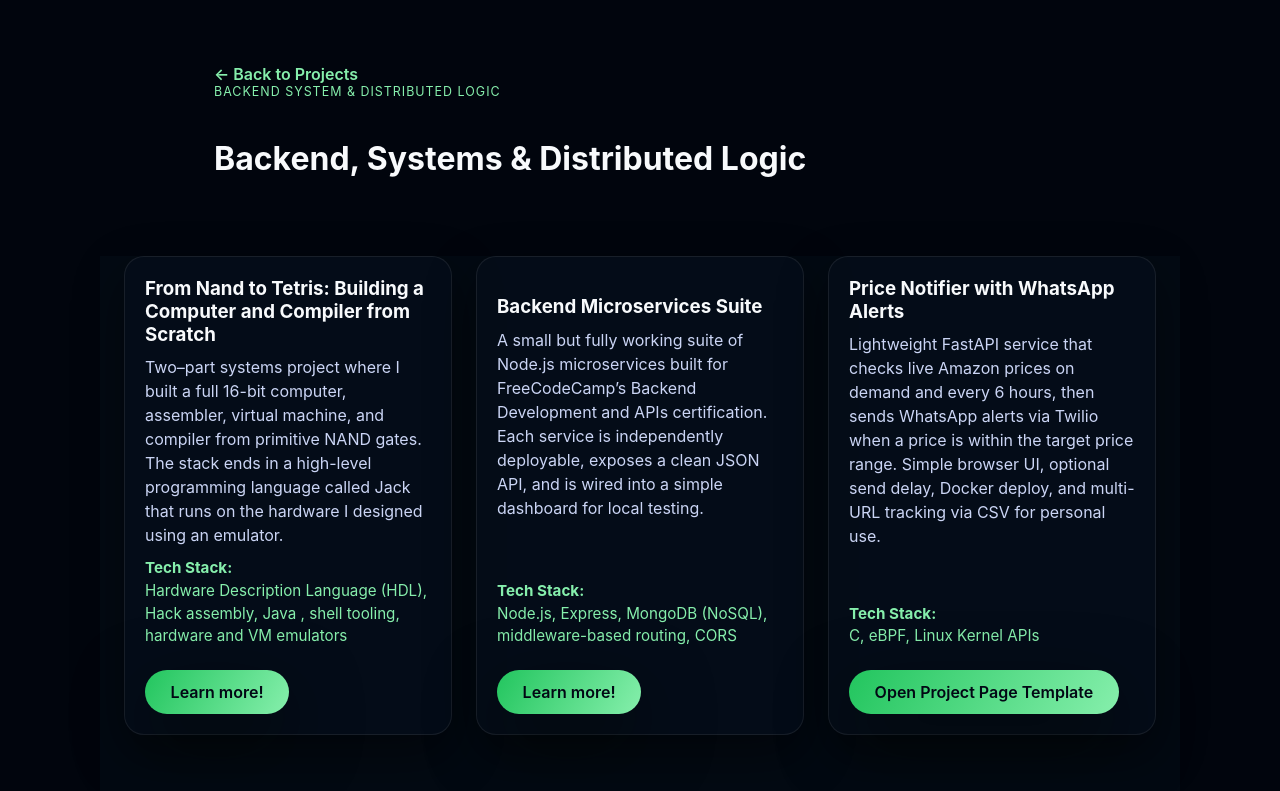
Repository: Abdulaziz-04/Abdulaziz-04.github.io
Page: projects/backend_systems.html
These files come from the project's save history. The page is drawn as it stood at one moment and after the next save; the edit follows.
The browser window is 1280 px wide. The pictures show the whole page.

Above is the page before, as saved 2025-11-21 15:24:36.

### projects/backend_systems.html
<!DOCTYPE html>
<html lang="en">
  <head>
    <meta charset="UTF-8" />
    <meta name="viewport" content="width=device-width, initial-scale=1" />
    <title>Backend, Systems &amp; Distributed Logic | Projects</title>
    <link rel="stylesheet" href="../assets/css/styles.css" />
  </head>
  <body class="category-page">
    <header class="category-hero">
      <a class="category-back" href="../index.html#projects"
        >&larr; Back to Projects</a
      >
      <a class="category-pill" href="../index.html#projects"
        >Backend System &amp; Distributed Logic</a
      >
      <br />
      <h1>Backend, Systems &amp; Distributed Logic</h1>
    </header>
    <main class="section category-section">
      <div class="project-modal-grid">
        <article class="project-modal-card">
          <div class="project-modal__body">
            <h3>
              From Nand to Tetris: Building a Computer and Compiler from Scratch
            </h3>
            <p class="project-modal__summary">
              Two–part systems project where I built a full 16-bit computer,
              assembler, virtual machine, and compiler from primitive NAND
              gates. The stack ends in a high-level programming language called
              Jack that runs on the hardware I designed using an emulator.
            </p>
            <p class="project-modal__tech">
              <strong>Tech Stack:</strong>
              Hardware Description Language (HDL), Hack assembly, Java , shell
              tooling, hardware and VM emulators
            </p>
            <div class="project-modal__actions">
              <a
                class="btn primary"
                href="../deepdives/backend_systems/nand2tetris/nand2tetris.html"
                >Learn more!</a
              >
            </div>
          </div>
        </article>

        <article class="project-modal-card">
          <div class="project-modal__body">
            <h3>Backend Microservices Suite</h3>
            <p class="project-modal__summary">
              A small but fully working suite of Node.js microservices built for
              FreeCodeCamp’s Backend Development and APIs certification. Each
              service is independently deployable, exposes a clean JSON API, and
              is wired into a simple dashboard for local testing.
            </p>
            <p class="project-modal__tech">
              <strong>Tech Stack:</strong>
              Node.js, Express, MongoDB (NoSQL), middleware-based routing, CORS
            </p>
            <div class="project-modal__actions">
              <a
                class="btn primary"
                href="../deepdives/backend_systems/microservices/microservices.html"
                >Learn more!</a
              >
            </div>
          </div>
        </article>

        <article class="project-modal-card">
          <div class="project-modal__body">
            <h3>Price Notifier with WhatsApp Alerts</h3>
            <p class="project-modal__summary">
              Lightweight FastAPI service that checks live Amazon prices on
              demand and every 6 hours, then sends WhatsApp alerts via Twilio
              when a price is within the target price range. Simple browser UI,
              optional send delay, Docker deploy, and multi-URL tracking via CSV
              for personal use.
            </p>
            <p class="project-modal__tech">
              <strong>Tech Stack:</strong> C, eBPF, Linux Kernel APIs
            </p>
            <div class="project-modal__actions">
              <a class="btn primary" href="project-template.html"
                >Open Project Page Template</a
              >
            </div>
          </div>
        </article>
      </div>
    </main>
  </body>
</html>

### assets/css/styles.css
:root {
  --bg: #030a13;
  --bg-alt: #050f1f;
  --panel: #071425;
  --panel-soft: rgba(34, 197, 94, 0.08);
  --accent: #22c55e;
  --accent-strong: #86efac;
  --text: #f8fafc;
  --muted: #cbd5f5;
  --border: rgba(255, 255, 255, 0.08);
  --radius: 18px;
  --shadow: 0 25px 70px rgba(1, 8, 4, 0.55);
}

* {
  box-sizing: border-box;
}

body {
  margin: 0;
  min-height: 100vh;
  font-family: "Inter", "Segoe UI", system-ui, -apple-system, BlinkMacSystemFont,
    sans-serif;
  color: var(--text);
  background: radial-gradient(circle at 15% 35%, rgba(34, 197, 94, 0.15), transparent 45%),
    radial-gradient(circle at 80% 0%, rgba(134, 239, 172, 0.2), transparent 35%),
    #020718;
  scroll-behavior: smooth;
  padding-top: 0;
}

.modal-open {
  overflow: hidden;
}

main {
  background: var(--bg);
}

.section {
  max-width: 1080px;
  margin: 0 auto;
  padding: 3.5rem 1.5rem;
}

.site-header {
  margin: 0;
  padding: clamp(4rem, 12vw, 6rem) clamp(1.5rem, 6vw, 4rem) 3.5rem;
  background: linear-gradient(135deg, rgba(5, 18, 12, 0.9), rgba(3, 10, 19, 0.85)),
    radial-gradient(circle at top left, rgba(34, 197, 94, 0.25), transparent 55%);
  box-shadow: inset 0 1px 0 rgba(255, 255, 255, 0.05);
  min-height: 85vh;
  display: flex;
  align-items: center;
}

.hero-header {
  margin-top: 0;
  padding-top: clamp(4.5rem, 12vw, 7rem);
}

.top-nav {
  position: fixed;
  top: 0;
  left: 0;
  width: 100%;
  padding: 0.75rem clamp(1.25rem, 6vw, 4rem);
  background: rgba(4, 9, 20, 0.95);
  border-bottom: 1px solid rgba(255, 255, 255, 0.05);
  backdrop-filter: blur(14px);
  display: flex;
  align-items: center;
  justify-content: space-between;
  gap: 1rem;
  z-index: 50;
}

.top-nav__brand {
  font-size: 0.85rem;
  letter-spacing: 0.3em;
  text-transform: uppercase;
  color: var(--muted);
}

.top-nav__links {
  display: flex;
  align-items: center;
  gap: 0.9rem;
  flex-wrap: wrap;
}

.nav-link {
  text-decoration: none;
  color: var(--muted);
  font-weight: 600;
  letter-spacing: 0.08em;
  text-transform: uppercase;
  padding: 0.4rem 0.85rem;
  border-radius: 999px;
  transition: color 0.2s ease, background 0.2s ease;
}

.nav-link:hover {
  color: var(--text);
}

.nav-link.active {
  background: var(--accent);
  color: #03140c;
}

.hire-btn {
  cursor: pointer;
  background: var(--accent);
  color: black;
  padding: 0.95rem 2.4rem;
  font-size: 1.1rem;
  font-weight: 700;
  border: none;
  border-radius: 999px;
  box-shadow: 0 12px 28px rgba(34, 197, 94, 0.35);
}

.hero-grid {
  display: grid;
  grid-template-columns: minmax(0, 1.4fr) minmax(220px, 320px);
  gap: clamp(2rem, 4vw, 3.5rem);
  width: 100%;
  align-items: start;
}

.hero-text h1 {
  font-size: clamp(2.5rem, 5vw, 3.8rem);
  margin: 0.2rem 0 0.8rem;
}

.hero-lede {
  color: var(--muted);
  font-size: 1.05rem;
  max-width: 560px;
  line-height: 1.6;
}

.eyebrow {
  text-transform: uppercase;
  color: var(--accent-strong);
}

.hero-summary {
  margin: 1.5rem 0 1.75rem;
  color: var(--muted);
}

.summary-list {
  font-size: large;
  margin: 0;
  padding-left: 1.5rem;
}

.summary-list li {
  margin-bottom: 0.55rem;
  line-height: 1.5;
}

.hero-actions {
  display: flex;
  flex-wrap: wrap;
  gap: 1rem;
  width: 100%;
}

.hero-actions .hire-btn {
  padding: 1.1rem 2.8rem;
  font-size: 1.2rem;
}

.btn {
  display: inline-flex;
  align-items: center;
  justify-content: center;
  gap: 0.4rem;
  padding: 0.75rem 1.6rem;
  border-radius: 999px;
  text-decoration: none;
  font-weight: 600;
  transition: transform 0.2s ease, box-shadow 0.2s ease;
}

.btn.primary {
  background: linear-gradient(120deg, var(--accent), var(--accent-strong));
  color: #020714;
  box-shadow: var(--shadow);
}

.btn.secondary {
  border: 1px solid var(--accent);
  color: var(--accent-strong);
}

.btn:hover {
  transform: translateY(-2px);
}

.hero-photo {
  justify-self: center;
}

.hero-photo img {
  width: clamp(220px, 18vw, 280px);
  border-radius: 28px;
  border: 1px solid rgba(134, 239, 172, 0.2);
  box-shadow: 0 20px 60px rgba(0, 0, 0, 0.6);
  filter: saturate(1.05);
}

.section h2 {
  margin-top: 0;
  font-size: 2rem;
}

.experience-grid {
  display: grid;
  grid-template-columns: repeat(auto-fit, minmax(300px, 1fr));
  gap: 1.75rem;
}

.experience-title {
  display: flex;
  justify-content: space-between;
  align-items: center;
  gap: 1rem;
  font-size: 1.2rem;
}

.experience-title .role {
  color: var(--text); /* default text color */
  font-weight: 600;
}

.experience-title .org {
  color:#6DF9C9;
  white-space: nowrap;
}

.experience-card,
.project-card {
  background: linear-gradient(145deg, var(--panel), rgba(6, 14, 18, 0.9));
  border-radius: var(--radius);
  border: 1px solid var(--border);
  padding: 1.75rem;
  box-shadow: var(--shadow);
}

.timeline {
  border-left: 2px solid var(--border);
  margin-top: 1.25rem;
}

.timeline-item {
  padding-left: 1.75rem;
  margin-bottom: 1.75rem;
  position: relative;
}

.timeline-header {
  display: flex;
  justify-content: space-between;
  align-items: baseline;
  gap: 1rem;
}

.timeline-header h3 {
  margin: 0;
}

.education-title {
  display: flex;
  justify-content: space-between;
  gap: 0.75rem;
  align-items: baseline;
  flex-wrap: wrap;
}

.edu-gpa {
  color: var(--accent-strong);
  white-space: nowrap;
  font-size: 0.95rem;
}





.hire-modal {
  position: fixed;
  inset: 0;
  background: rgba(5, 9, 18, 0.8);
  display: flex;
  justify-content: center;
  align-items: center;
  z-index: 100;
}

.hire-modal[hidden] {
  display: none;
}

.hire-modal__panel {
  background: #050b16;
  border: 1px solid rgba(255, 255, 255, 0.08);
  border-radius: 22px;
  padding: 1.75rem;
  width: min(90%, 420px);
  box-shadow: 0 30px 80px rgba(0, 0, 0, 0.55);
  position: relative;
  color: var(--text);
}

.hire-modal__panel p {
  color: var(--muted);
}

.hire-modal__close {
  position: absolute;
  top: 0.5rem;
  right: 0.75rem;
  background: var(--accent);
  color: #02120b;
  border: none;
  font-size: 1.35rem;
  font-weight: 700;
  cursor: pointer;
  width: 2.25rem;
  height: 2.25rem;
  border-radius: 999px;
  display: inline-flex;
  align-items: center;
  justify-content: center;
  line-height: 1;
}

.hire-options {
  display: flex;
  flex-direction: column;
  gap: 0.75rem;
  margin-top: 1rem;
}

.hire-option {
  display: flex;
  justify-content: space-between;
  align-items: center;
  padding: 0.85rem 1rem;
  border-radius: 1rem;
  text-decoration: none;
  color: var(--text);
  border: 1px solid rgba(255, 255, 255, 0.08);
  background: rgba(255, 255, 255, 0.02);
  transition: background 0.2s ease, transform 0.2s ease;
}

.hire-option:hover {
  background: rgba(34, 197, 94, 0.18);
  transform: translateY(-2px);
}

.hire-option small {
  color: var(--muted);
  letter-spacing: 0.04em;
}

.hire-modal__action {
  margin-top: 1.5rem;
  width: 100%;
  text-align: center;
}

.timeline-item::before {
  content: "";
  width: 11px;
  height: 11px;
  border-radius: 999px;
  background: var(--accent);
  box-shadow: 0 0 16px rgba(34, 197, 94, 0.8);
  position: absolute;
  left: -6px;
  top: 4px;
}

.timeline-date {
  font-size: 0.85rem;
  letter-spacing: 0.1em;
  text-transform: uppercase;
  color: var(--muted);
}

.course-dropdown {
  margin-top: 1.5rem;
}

.course-toggle {
  width: 100%;
  background: transparent;
  border: 1px solid rgba(255, 255, 255, 0.08);
  border-radius: var(--radius);
  padding: 0.75rem 1.1rem;
  color: var(--text);
  font: inherit;
  font-weight: 600;
  letter-spacing: 0.04em;
  display: flex;
  justify-content: space-between;
  align-items: center;
  cursor: pointer;
  transition: border-color 0.2s ease, transform 0.2s ease, box-shadow 0.2s ease;
}

.course-toggle:hover {
  border-color: rgba(134, 239, 172, 0.7);
  box-shadow: 0 0 20px rgba(34, 197, 94, 0.25);
  transform: translateY(-1px);
}

.course-toggle__icon {
  font-size: 1.1rem;
  line-height: 1;
  transition: transform 0.25s ease;
}

.course-toggle[aria-expanded='true'] .course-toggle__icon {
  transform: rotate(45deg);
}

.course-panel {
  margin-top: 1rem;
  border-left: 2px solid rgba(134, 239, 172, 0.3);
  padding-left: 1.25rem;
}

.course-panel[hidden] {
  display: none;
}

.course-panel__body h4 {
  margin-top: 1rem;
  margin-bottom: 0.5rem;
}

.certifications-list {
  display: grid;
  gap: 1rem;
  margin-top: 1rem;
}

#certifications {
  scroll-margin-top: 140px;
}

.cert-list {
  list-style: none;
  padding: 0;
  margin: 0;
  display: flex;
  flex-direction: column;
  gap: 0.75rem;
}

.cert-title {
  font-weight: 700;
}

.cert-meta {
  font-size: 0.95rem;
  color: var(--muted);
}

.loading-text,
.loading-error {
  color: var(--muted);
  font-style: italic;
}

.loading-error {
  color: #fda4af;
}

.project-card--featured {
  display: flex;
  flex-wrap: wrap;
  gap: 1.5rem;
}

.project-media img {
  max-width: 280px;
  border-radius: var(--radius);
  border: 1px solid rgba(34, 197, 94, 0.3);
}

.project-grid {
  display: grid;
  grid-template-columns: repeat(auto-fit, minmax(240px, 1fr));
  gap: 1.25rem;
  margin-top: 1rem;
}

.projects-overview .projects-lede {
  color: var(--muted);
  max-width: 760px;
  margin-bottom: 2rem;
}

.project-category-grid {
  display: grid;
  grid-template-columns: repeat(auto-fit, minmax(260px, 1fr));
  gap: 1.5rem;
  margin-top: 2rem;
}

.project-category-card {
  border: 1px solid var(--border);
  border-radius: var(--radius);
  padding: 1.75rem;
  background: rgba(7, 19, 33, 0.85);
  display: flex;
  flex-direction: column;
  gap: 0.75rem;
  box-shadow: 0 15px 40px rgba(0, 0, 0, 0.35);
  min-height: 260px;
}

.category-pill {
  text-transform: uppercase;
  letter-spacing: 0.08em;
  font-size: 0.78rem;
  color: var(--accent-strong);
  margin: 0;
  display: block;
  min-height: 2.2em;
  text-decoration: none;
  cursor: pointer;
}

.project-category-card h3 {
  margin: 0;
  line-height: 1.35;
  min-height: 3.2em;
}

.project-category-card > p:not(.category-pill) {
  margin: 0;
  line-height: 1.5;
  min-height: 4.4em;
}

.category-link {
  align-self: flex-start;
  margin-top: auto;
}

.category-page {
  background: #01050d;
  color: var(--text);
  min-height: 100vh;
  margin: 0;
}

.category-hero {
  max-width: 900px;
  margin: 0 auto;
  padding: 4rem 1.5rem 2rem;
  text-align: left;
}

.category-hero h1 {
  margin-top: 0.5rem;
}

.category-back {
  text-decoration: none;
  color: var(--accent-strong);
  font-weight: 600;
}

.category-section {
  padding-top: 0;
}

.category-description {
  color: var(--muted);
  max-width: 720px;
}

.project-modal-grid {
  display: grid;
  grid-template-columns: repeat(auto-fit, minmax(280px, 1fr));
  gap: 1.5rem;
  margin-top: 1.5rem;
  align-items: stretch;
  grid-auto-rows: 1fr;
}

.project-modal-card {
  border: 1px solid rgba(255, 255, 255, 0.08);
  border-radius: 20px;
  padding: 1.25rem;
  background: rgba(5, 13, 25, 0.95);
  display: flex;
  flex-direction: column;
  gap: 1rem;
  box-shadow: 0 20px 50px rgba(0, 0, 0, 0.45);
  height: 100%;
}

.project-modal__body {
  display: grid;
  grid-template-rows: auto 1fr auto auto;
  gap: 0.6rem;
  height: 100%;
}

.project-modal-card h3 {
  margin: 0;
  min-height: 2.6rem;
  display: flex;
  align-items: flex-end;
}

.project-modal__body h3,
.project-modal__body p {
  margin: 0;
}

.project-modal__summary {
  color: var(--muted);
  line-height: 1.5;
  min-height: 0;
}

.project-modal__tech {
  font-size: 0.95rem;
  color: var(--accent-strong);
  min-height: 2.4rem;
  line-height: 1.5;
}

.project-modal__tech strong,
.project-modal__tech b {
  display: block;
}

.project-modal__actions {
  display: flex;
  gap: 0.75rem;
  flex-wrap: wrap;
  margin-top: auto;
  padding-top: 0.75rem;
}

.category-footer {
  text-align: center;
  color: var(--muted);
  padding: 2rem 1rem 3rem;
}

.project-detail-page {
  background: #01050d;
  color: var(--text);
  margin: 0;
}

.detail-hero {
  max-width: 960px;
  margin: 0 auto;
  padding: 4rem 1.5rem 2rem;
}

.detail-summary {
  color: var(--muted);
  font-size: 1.1rem;
}

.detail-meta {
  list-style: none;
  padding: 0;
  margin: 1.5rem 0 0;
  display: flex;
  flex-wrap: wrap;
  gap: 1rem 2rem;
  color: var(--accent-strong);
}

.detail-content {
  padding-top: 0;
}

.home-page p,
.home-page li,
.home-page .course-panel__body {
  text-align: justify;
}

.home-page .projects-overview p,
.home-page .project-category-card p {
  text-align: left;
}

.project-detail-page p,
.project-detail-page li {
  text-align: justify;
}

.detail-section {
  margin-bottom: 2.5rem;
}

.detail-gallery {
  display: flex;
  flex-direction: column;
  gap: 1.5rem;
}

.detail-gallery .gallery-row {
  display: flex;
  flex-direction: column;
  gap: 1.75rem;
  align-items: center;
}

.detail-gallery .gallery-row--two {
  width: 100%;
  display: grid;
  grid-template-columns: repeat(auto-fit, minmax(280px, 1fr));
  gap: 1.25rem;
  align-items: start;
}

.detail-gallery .gallery-item {
  flex: 0 0 auto;
  max-width: 880px;
  margin: 0 auto;
  text-align: center;
}

.detail-gallery .gallery-item figcaption {
  text-align: center;
}

.detail-gallery .gallery-item img {
  display: block;
  width: 100%;
  height: auto;
  border-radius: 12px;
  border: 1px solid rgba(255, 255, 255, 0.08);
  margin: 0 auto;
  transform: none;
}

.detail-video {
  display: block;
  width: 100%;
  max-width: 720px;
  height: auto;
  margin: 0 auto;
  border-radius: 12px;
  border: 1px solid rgba(255, 255, 255, 0.08);
  background: #000;
}

.detail-gallery__grid {
  display: grid;
  grid-template-columns: repeat(auto-fit, minmax(240px, 1fr));
  gap: 1.25rem;
}

.detail-gallery__grid img {
  width: 100%;
  border-radius: 14px;
  border: 1px solid rgba(255, 255, 255, 0.08);
}

.detail-snippet pre {
  background: #020714;
  padding: 1.25rem;
  border-radius: 16px;
  border: 1px solid rgba(255, 255, 255, 0.08);
  overflow-x: auto;
}

.code-emphasis {
  font-size: 1.4em;
}

.skills-list {
  display: flex;
  flex-wrap: wrap;
  gap: 0.65rem;
}

.skill-pill {
  --pill-bg: rgba(148, 163, 184, 0.15);
  --pill-color: #f8fafc;
  --pill-icon: rgba(255, 255, 255, 0.85);
  display: inline-flex;
  align-items: center;
  gap: 0.4rem;
  padding: 0.45rem 0.9rem;
  border-radius: 0.85rem;
  background: var(--pill-bg);
  color: var(--pill-color);
  font-size: 0.78rem;
  font-weight: 700;
  letter-spacing: 0.05em;
  text-transform: uppercase;
  border: 1px solid rgba(255, 255, 255, 0.06);
  box-shadow: 0 6px 14px rgba(0, 0, 0, 0.25);
}

.skill-pill i {
  font-size: 1rem;
  color: var(--pill-icon);
}

.site-footer {
  text-align: center;
  display: flex;
  justify-content: center;
  padding: 2.5rem 1rem 3rem;
  color: var(--muted);
  border-top: 1px solid var(--border);
  background: linear-gradient(180deg, rgba(5, 9, 18, 0.98), rgba(2, 7, 24, 0.95));
  margin-top: 0;
  box-shadow: 0 -18px 45px rgba(0, 0, 0, 0.45);
}

.site-footer p {
  margin: 0;
}

@media (max-width: 1024px) {
  .hero-grid {
    grid-template-columns: 1fr;
    text-align: center;
  }

  .hero-photo {
    order: -1;
  }

  .top-nav {
    flex-direction: column;
    align-items: flex-start;
    gap: 0.5rem;
  }

  .top-nav__links {
    width: 100%;
    justify-content: flex-start;
    gap: 0.5rem;
  }

  .hire-btn {
    width: 100%;
    text-align: center;
  }
}

@media (max-width: 640px) {
  .hero-header {
    padding-top: 9rem;
  }

  .experience-title {
    flex-direction: column;
    align-items: flex-start;
    gap: 0.35rem;
    font-size: 1.05rem;
  }

  .experience-title .org {
    white-space: normal;
    width: 100%;
  }
}


/* Medium size for first GIF */
.gallery-item--medium {
  text-align: center;
}

.gallery-item--medium img {
  max-width: 720px;
  width: 100%;
  height: auto;
  display: block;
  margin: 0 auto;
}

.gallery-item figcaption {
  margin-top: 0.95rem;
  color: var(--muted);
  line-height: 1.5;
}

.hero-screens {
  display: flex;
  flex-wrap: wrap;
  justify-content: center;
  align-items: flex-start;
  gap: 1.25rem;
}

.hero-screens .gallery-item {
  max-width: 220px;
  width: 100%;
  display: flex;
  flex-direction: column;
  align-items: center;
}

.hero-screens .gallery-item img {
  width: 100%;
  height: 420px;
  display: block;
  margin: 0 auto;
  object-fit: contain;
}

.hero-screens .gallery-item figcaption {
  text-align: center;
  margin-top: 0.75rem;
}


a {
  color: #b6f5c9;
}

a:hover {
  color: #8ef0af;
}

After the next save:
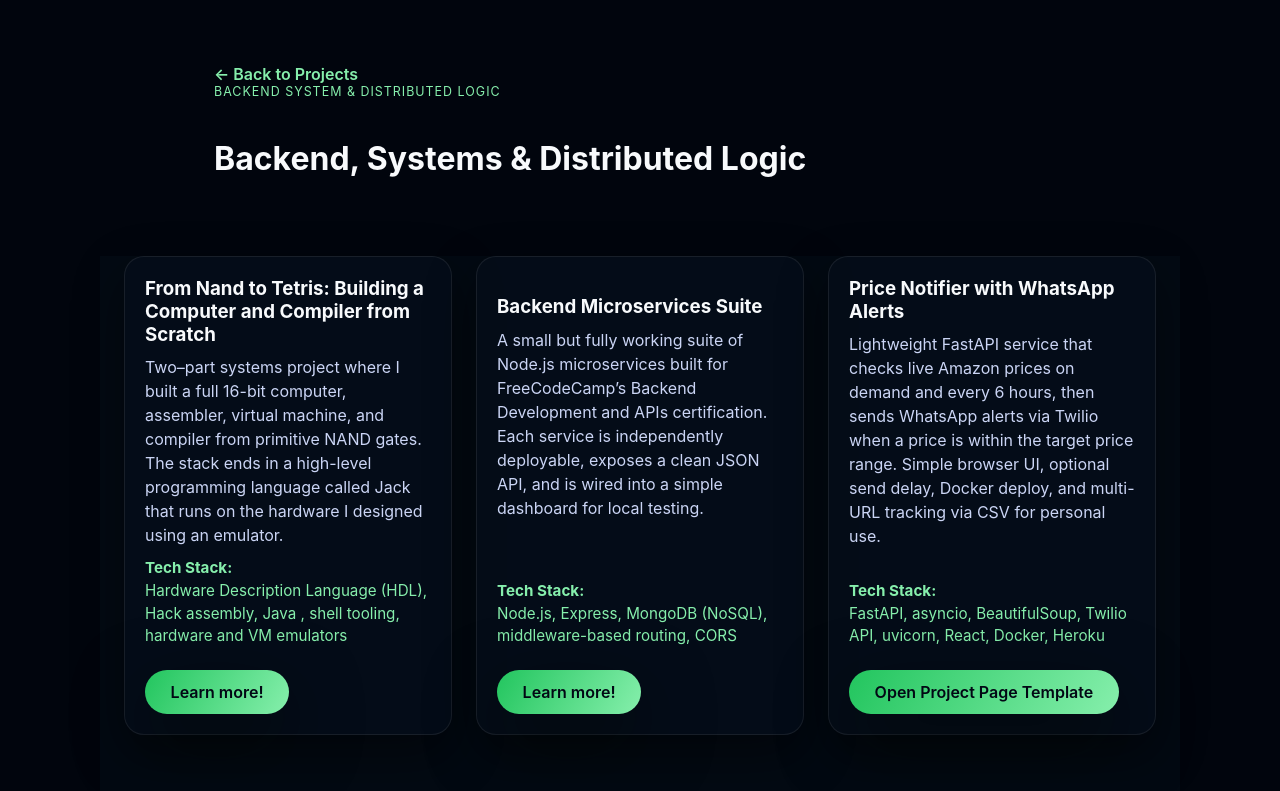
Saved 16 s later.
--- a/projects/backend_systems.html
+++ b/projects/backend_systems.html
@@ -79,7 +79,8 @@
               for personal use.
             </p>
             <p class="project-modal__tech">
-              <strong>Tech Stack:</strong> C, eBPF, Linux Kernel APIs
+              <strong>Tech Stack:</strong> FastAPI, asyncio, BeautifulSoup,
+              Twilio API, uvicorn, React, Docker, Heroku
             </p>
             <div class="project-modal__actions">
               <a class="btn primary" href="project-template.html"
